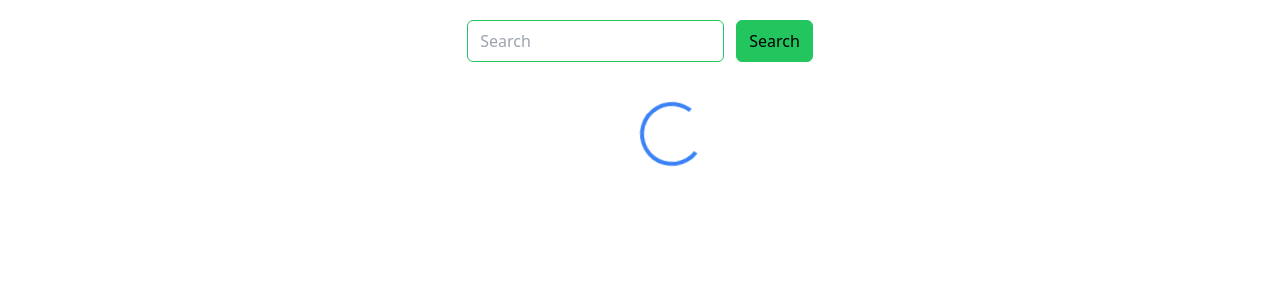
Repository: kimhieu153255/Image-search-app
Page: /
The author's editor kept a copy of each file at every save. The page is drawn from the files as they stood at one save, then again after the next save.
The browser window is 1280 px wide. The pictures show the whole page.
The page's requests for data from a server got no answer. The project was rebuilt for these pictures with package versions that can differ from the ones it lists, and the page was loaded fresh each time. No one was signed in, and anything a server would have sent is missing. Also part of the build but not shown: vite.config.js, src/Components/Card/Card.jsx.

Above is the page before, as saved 2023-10-26 22:53:42.

### index.html
<!doctype html>
<html lang="en">
  <head>
    <meta charset="UTF-8" />
    <link rel="icon" type="image/svg+xml" href="/vite.svg" />
    <meta name="viewport" content="width=device-width, initial-scale=1.0" />
    <title>20120474-LeKimHieu</title>
  </head>
  <body>
    <div id="root"></div>
    <script type="module" src="/src/main.jsx"></script>
  </body>
</html>

### src/main.jsx
import React from "react";
import ReactDOM from "react-dom/client";
import App from "./App.jsx";
import "./index.css";
import { DataProvider } from "./Components/Contexts/Data.jsx";

ReactDOM.createRoot(document.getElementById("root")).render(
  <React.StrictMode>
    <DataProvider>
      <App />
    </DataProvider>
  </React.StrictMode>
);

### src/App.jsx
import { useContext, useEffect } from "react";
import CardList from "./Components/Card/CardList";
import Search from "./Components/Search/Search";
import { DataContext } from "./Components/Contexts/Data";

function App() {
  const isLoading = useContext(DataContext).isLoading;
  const { page, setDataFunc } = useContext(DataContext);

  useEffect(() => {
    function handleScroll() {
      const scrollY = window.scrollY || window.pageYOffset;
      const windowHeight = window.innerHeight;
      const documentHeight = document.body.scrollHeight;

      if (scrollY + windowHeight >= documentHeight) {
        setDataFunc((page) => page + 1);
      }
    }

    window.addEventListener("scroll", handleScroll);

    return () => {
      window.removeEventListener("scroll", handleScroll);
    };
  }, [page, setDataFunc]);

  return (
    <div className="w-full relative">
      <div className="flex flex-col items-center gap-5 my-5">
        <Search></Search>
        <CardList></CardList>
        {isLoading && (
          <div className="inset-0 backdrop-blur-sm">
            <div className="inline-block h-16 w-16 animate-spin rounded-full border-4 border-solid border-r-transparent align-[-0.125em] text-secondary motion-reduce:animate-[spin_1.5s_linear_infinite] border-blue-500 absolute top-1/2 left-1/2 backdrop-blur-[2px]">
              <span className="!absolute !-m-px !h-px !w-px !overflow-hidden !whitespace-nowrap !border-0 !p-0 ![clip:rect(0,0,0,0)]"></span>
            </div>
          </div>
        )}
        {/* {!isLoading && <Loadmore></Loadmore>} */}
      </div>
    </div>
  );
}

export default App;

### src/Components/Contexts/Data.jsx
import { createContext, useState } from "react";
import AxiosInstance from "../Axios/AxiosInstance";
const DataContext = createContext();

const DataProvider = (props) => {
  const [data, setData] = useState([]);
  const [page, setPage] = useState(1);
  const [search, setSearch] = useState("");
  const [isLoading, setIsLoading] = useState(false);

  const setDataFunc = async (page) => {
    try {
      setIsLoading(true);
      const res = await AxiosInstance.get(`&query=${search}&page=${page}`);
      if (res) {
        const temp = res.data.results.map((item) => {
          return {
            id: item.id,
            alt_description: item.alt_description,
            url: item.urls.thumb,
          };
        });
        if (page === 1) {
          setData(temp);
          setPage(1);
        } else {
          setData((prev) => [...prev, ...temp]);
          setPage(page + 1);
        }
        setIsLoading(false);
      }
    } catch (err) {
      console.log(err);
    }
  };

  const value = {
    data,
    setData,
    search,
    setSearch,
    page,
    setPage,
    setDataFunc,
    isLoading,
  };
  return <DataContext.Provider value={value} {...props}></DataContext.Provider>;
};

export { DataContext, DataProvider };

### src/Components/Card/CardList.jsx
import { useContext } from "react";
import { DataContext } from "../Contexts/Data";
import Card from "./Card";

const CardList = () => {
  const data = useContext(DataContext);
  return (
    <div className="grid sm:grid-cols-3 md:grid-cols-4 lg:grid-cols-5 gap-3">
      {data.data.map((item) => (
        <Card key={item.id} title={item.alt_description} src={item.url}></Card>
      ))}
    </div>
  );
};

export default CardList;

### src/Components/Search/Search.jsx
import { useContext } from "react";
import { DataContext } from "../Contexts/Data";

const Search = () => {
  const { setDataFunc, setSearch, search } = useContext(DataContext);
  return (
    <div className="flex gap-3">
      <input
        type="text"
        placeholder="Search"
        className="inline-block px-3 py-2 border border-green-500 rounded-md"
        onChange={(e) => setSearch(e.target.value)}
      />
      <button
        type="submit"
        className="px-3 py-2 bg-green-500 border border-green-500 hover:bg-green-600 hover:border-green-600 rounded-md"
        onClick={() => {
          console.log(search);
          setDataFunc(1);
        }}
      >
        Search
      </button>
    </div>
  );
};

export default Search;

### src/Components/Axios/AxiosInstance.jsx
import axios from "axios";
import KeyAPI from "../../KeyAPI";

const AxiosInstance = axios.create({
  baseURL: `https://api.unsplash.com/search/photos?client_id=${KeyAPI.Access_Key}&per_page=20`,
});

export default AxiosInstance;

### src/KeyAPI.js
const KeyAPI = {
  Access_Key: "7Lcwlh9DbVauadS0QCdraGyZjRFFbjqd0XSuBE-jzFM",
  Secret_key: "nPKRLW2TfslTWSn-oJcRIoZNJ9j4_6ySiHVUvNd4sGY",
};
export default KeyAPI;

Loaded but not shown: src/index.css (common file); tailwind.config.js (common file)

After the next save:
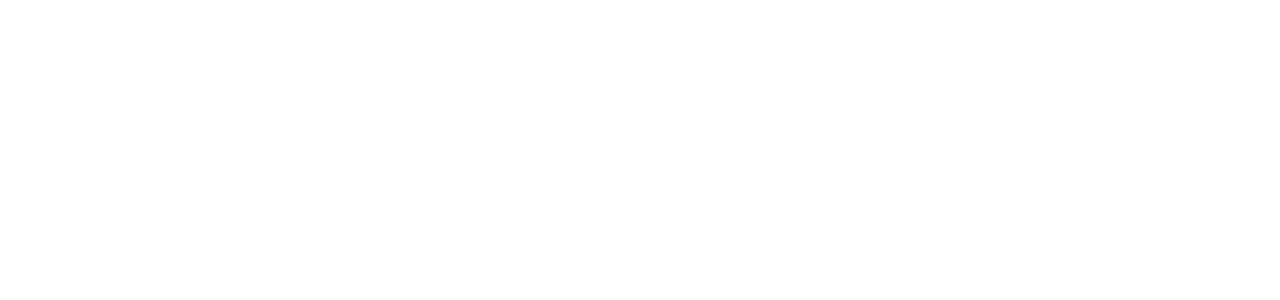
Console error: ReferenceError: page is not defined
Saved 4 s later.
--- a/src/App.jsx
+++ b/src/App.jsx
@@ -5,7 +5,7 @@
 
 function App() {
   const isLoading = useContext(DataContext).isLoading;
-  const { page, setDataFunc } = useContext(DataContext);
+  const { setDataFunc } = useContext(DataContext);
 
   useEffect(() => {
     function handleScroll() {

After the save that followed:
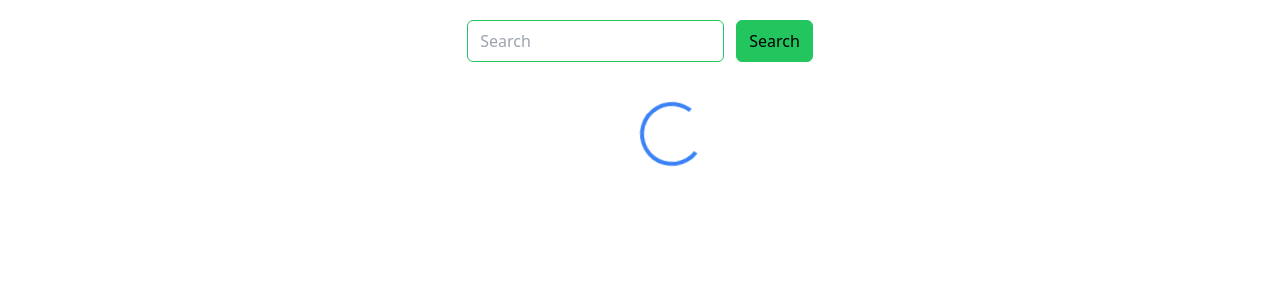
The error is gone.
Saved 6 s later.
--- a/src/App.jsx
+++ b/src/App.jsx
@@ -23,7 +23,7 @@
     return () => {
       window.removeEventListener("scroll", handleScroll);
     };
-  }, [page, setDataFunc]);
+  }, [setDataFunc]);
 
   return (
     <div className="w-full relative">
